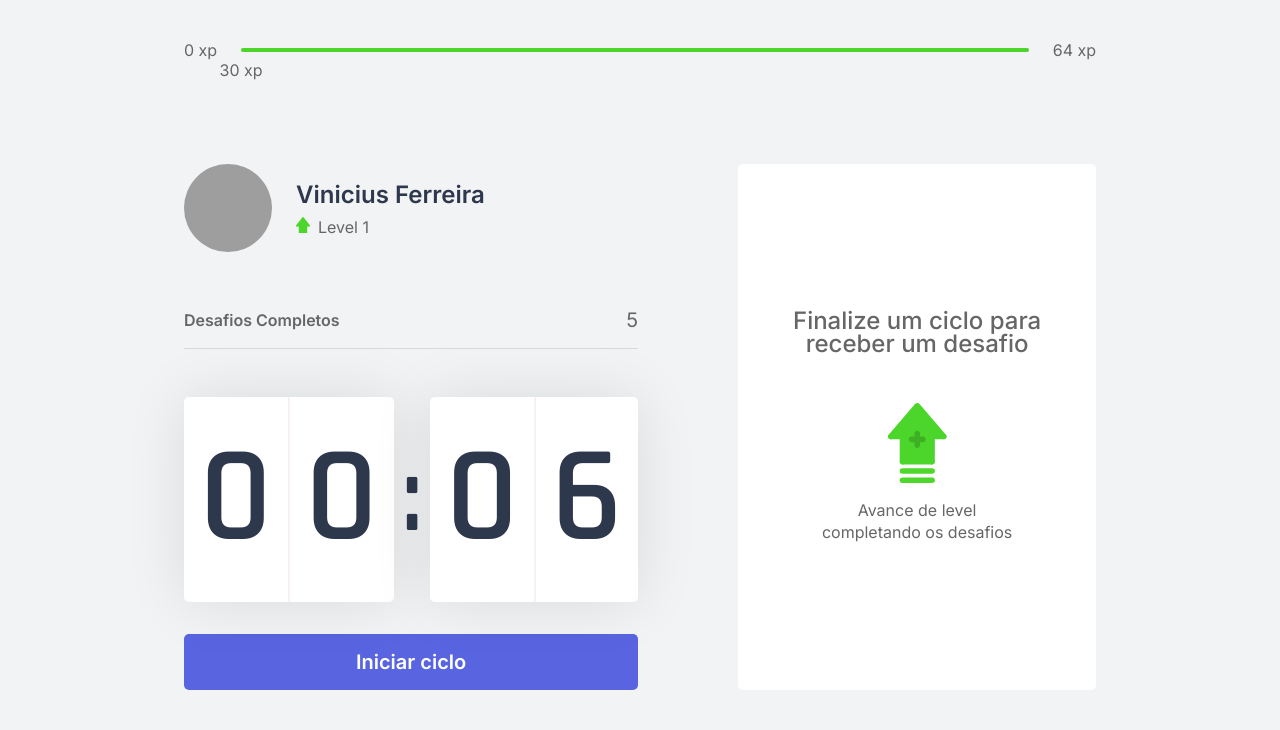
Repository: viniciusfg05/nlwFocus
Page: /
An editor plug-in stored every save of this project. The page is shown before and after the next save, followed by the edit.
The browser window is 1280 px wide. The pictures show the whole page.
Pictures or frames that could not be fetched are drawn as grey boxes. The project was rebuilt for these pictures with package versions that can differ from the ones it lists, and the page was loaded fresh each time. The framework's server and built-in components were replaced by stand-ins that run in the browser.

Above is the page before, as saved 2022-02-28 15:16:31.

After the next save:
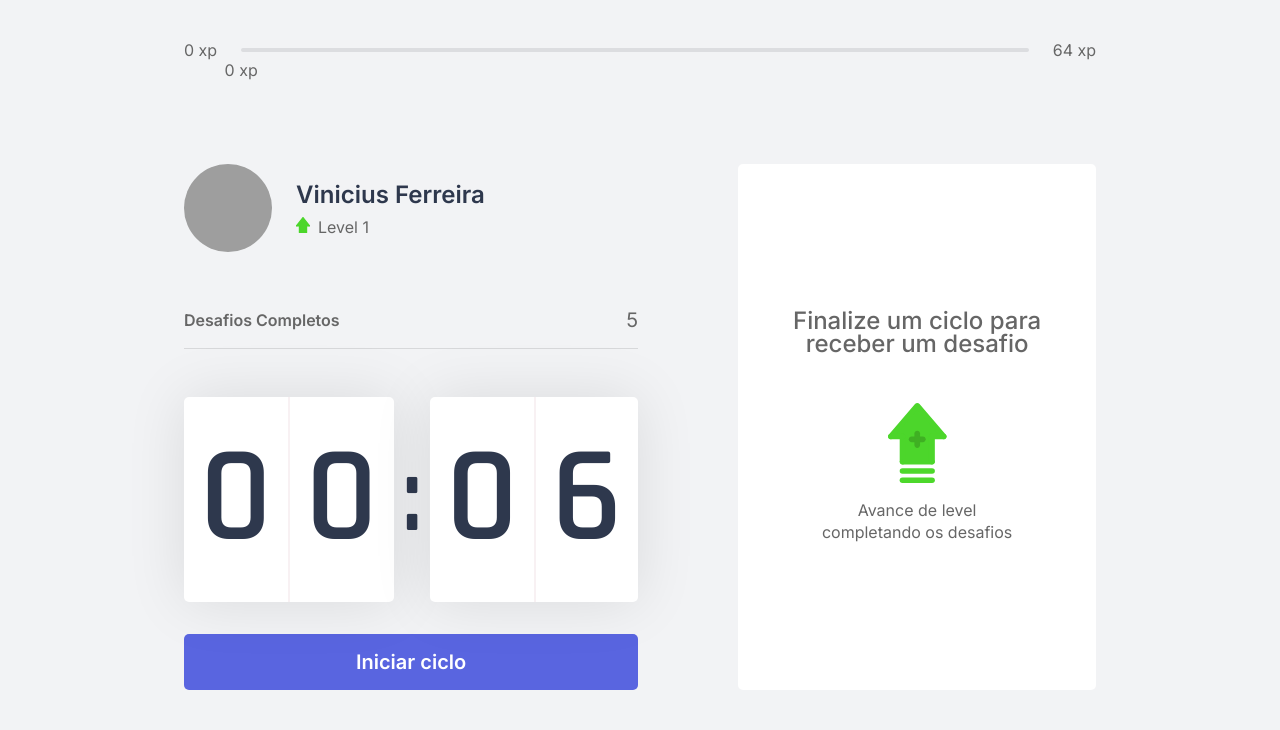
Saved 9 s later.
--- a/src/context/ChallengesContext.tsx
+++ b/src/context/ChallengesContext.tsx
@@ -26,7 +26,7 @@ export const ChallengesContext = createContext({} as ChallengesContextData)
 
 export function ChallegesProvider({children}:ChallengesProviderProps ) {
   const [level, setLevel] = useState(1);
-  const [ currentExperience, setCurrentExperience ] = useState(30)
+  const [ currentExperience, setCurrentExperience ] = useState(0)
   const [ challengeCompleted, setChallengeCompleted ] = useState(0)
 
   const [ activeChallengen, setActiveChallenge ] = useState(null)
